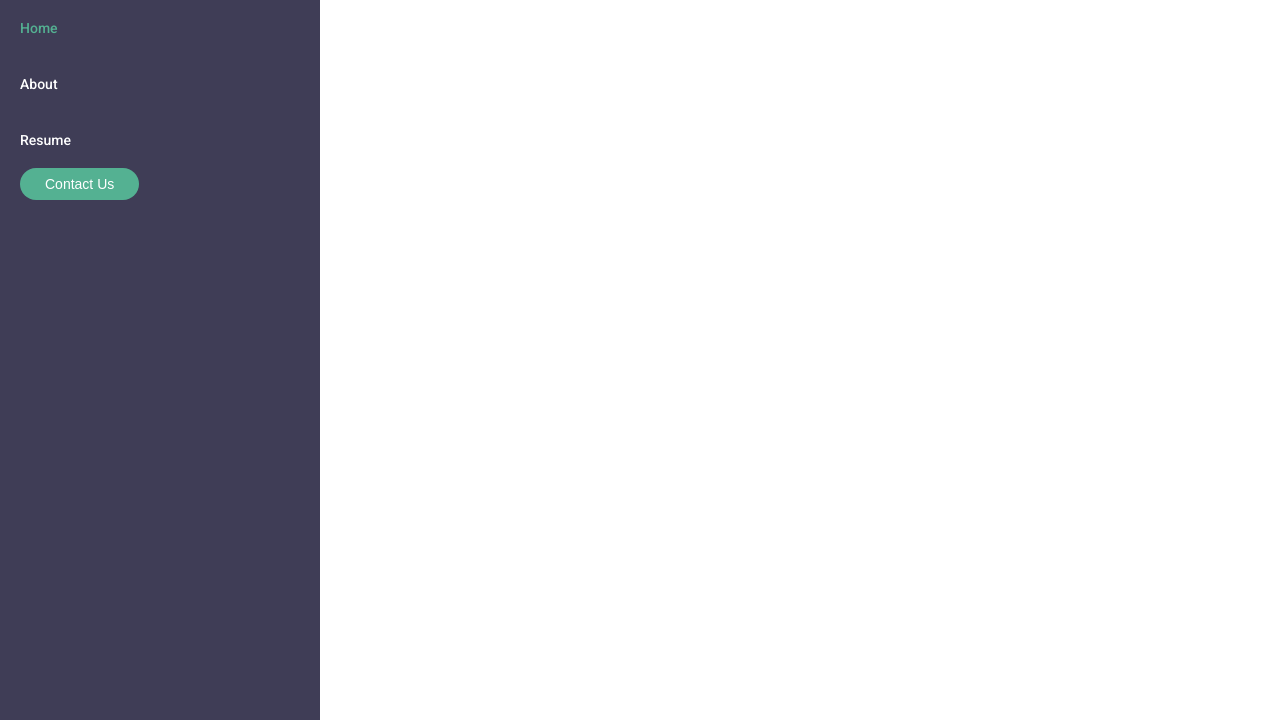
Repository: kebinh1235/porfolio-demo
Page: index.html
These files come from the project's save history. The page is drawn as it stood at one moment and after the next save; the edit follows.
The browser window is 1280 px wide. The pictures show the whole page.
Some web libraries are served in a nearby version.

Above is the page before, as saved 2021-10-19 23:18:43.

### index.html
<!DOCTYPE html>
<html lang="en">
<head>
  <meta charset="UTF-8">
  <meta http-equiv="X-UA-Compatible" content="IE=edge">
  <meta name="viewport" content="width=device-width, initial-scale=1.0">
  <title>Document</title>
  <!--CSS-->
  <link rel="stylesheet" href="./css/style.css">
</head>
<body>
  <!-- header -->
  <header>
    <div class="container">
      <nav class="navbar">
        <!-- logo -->
        <div class="navbar__logo">
          <img src="./img/logo.svg" alt="Website logo">
        </div>
        <!-- links -->
        <ul class="navbar__list">
          <li class="navbar__item"><a href="#" class="navbar__link">Home</a></li>
          <li class="navbar__item"><a href="#" class="navbar__link">About</a></li>
          <li class="navbar__item"><a href="#" class="navbar__link">Resume</a></li>
          <!-- <li class="navbar__item"><a href="#" class="navbar__link btn navbar__mobile-active">Contact Us</a></li> -->
          <a href="#"><button class="btn navbar__btn">Contact Us</button></a>
        </ul>
        <!-- menu mobile -->
        <div class="navbar__icons">
          <div class="navbar__icon"></div>
        </div>
      </nav>
    </div>
  </header>


  <!--Font awesome-->
  <script src="https://kit.fontawesome.com/5d1e581bbe.js" crossorigin="anonymous"></script>
  <!--JS-->
  <script src="./js/main.js"></script>
</body>
</html>

### css/style.css
@import url('https://fonts.googleapis.com/css2?family=Roboto:wght@300;500&display=swap');
:root {
  --green: #54B192;
  --green-l: #A4CEC0;
  --gray: #3F3D56;
  --white: #fff;
  --smooth: all .3s linear;
}
* {
  margin: 0;
  padding: 0;
  box-sizing: border-box;
  list-style-type: none;
  text-decoration: none;
}
html {
  scroll-behavior: smooth;
  font-size: 62.5%;
}
body {
  font-family: "Roboto", sans-serif;
}
img {
  max-width: 100%;
  width: 100%;
}
.container {
  max-width: 1200px;
  width: 100%;
  margin: 0 auto;
  padding: 0 10px;
}
.btn {
  text-align: center;
  background: var(--gray);
  color: var(--white);
  padding: .8rem 2.5rem;
  border: none;
  border-radius: 100px;
  cursor: pointer;
  transition: var(--smooth);
}
.btn:hover {
  background: var(--green-l);
  transition: var(--smooth);
}
/*header*/
header {
  position: fixed;
  width: 100%;
}
.navbar {
  display: flex;
  justify-content: space-between;
  align-items: center;
  padding: 20px 0;
}
.navbar__logo {
  width: 57px;
  height: 57px;
  object-fit: cover;
}
.navbar__logo img {
  width: 100%;
}
.navbar__list{
  position: fixed;
  top: 0;
  left: 0;
  bottom: 0;
  background: var(--gray);
  width: 320px;
  max-width: 100%;
}
.navbar__link{
  padding: 20px;
  font-size: 1.4rem;
  display: block;
  color: var(--white);
}
.navbar__link:hover {
  color: var(--green);
  transition: var(--smooth);
}
.navbar__btn{
  font-size: 1.4rem;
  margin: 0 20px;
  background: var(--green);
}

@media screen and (min-width: 992px) {
  .navbar__icons {
    display: block;
  }
}

Loaded but not shown: js/main.js (no copy from this time; the picture is the same without it)

After the next save:
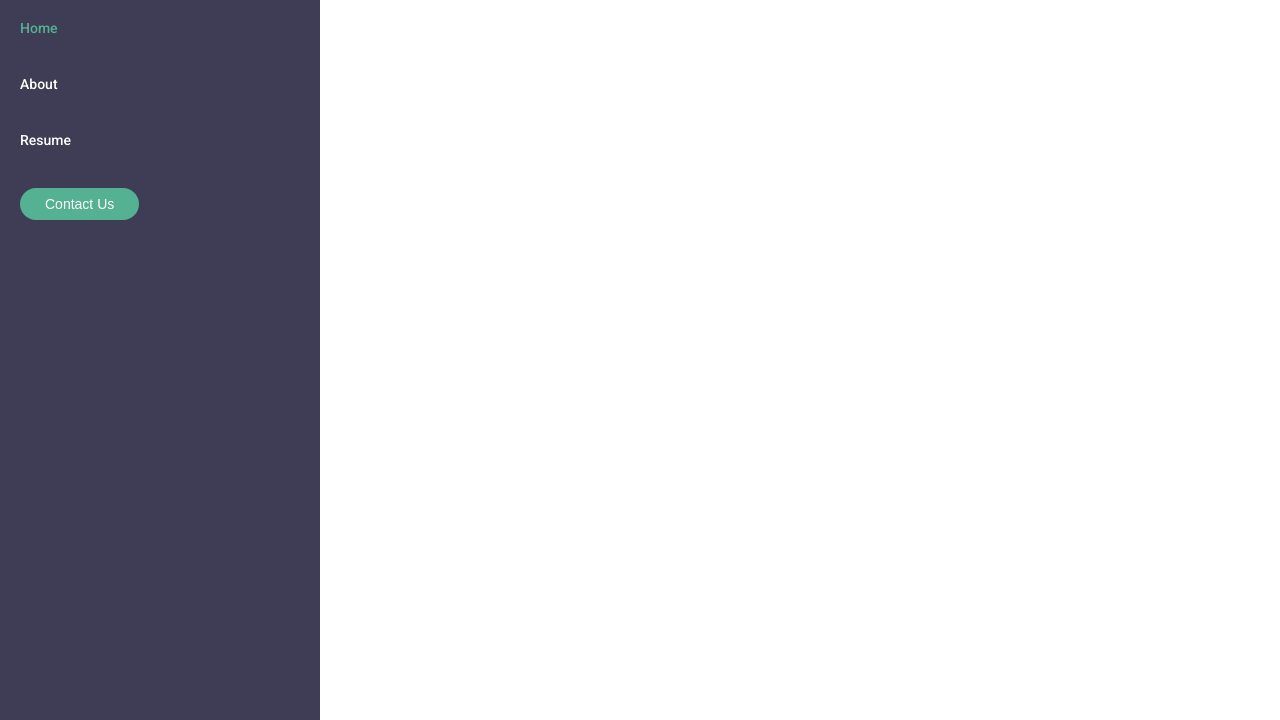
Saved 6 s later.
--- a/css/style.css
+++ b/css/style.css
@@ -84,7 +84,7 @@ header {
 }
 .navbar__btn{
   font-size: 1.4rem;
-  margin: 0 20px;
+  margin: 20px;
   background: var(--green);
 }
 
